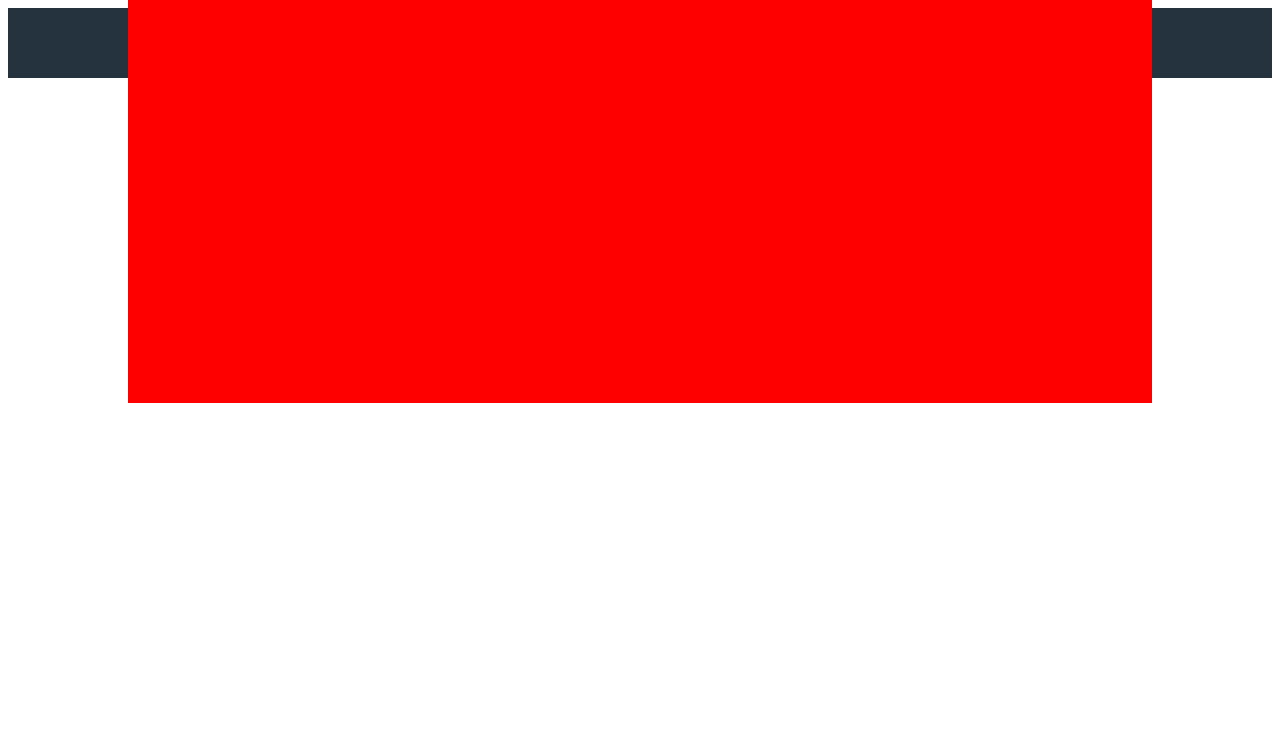
Repository: piotrokrutniak/Projekt-Studia
Page: index.html
These files come from the project's save history. The page is drawn as it stood at one moment and after the next save; the edit follows.
The browser window is 1280 px wide. The pictures show the whole page.

Above is the page before, as saved 2023-03-04 03:38:45.

After the next save:
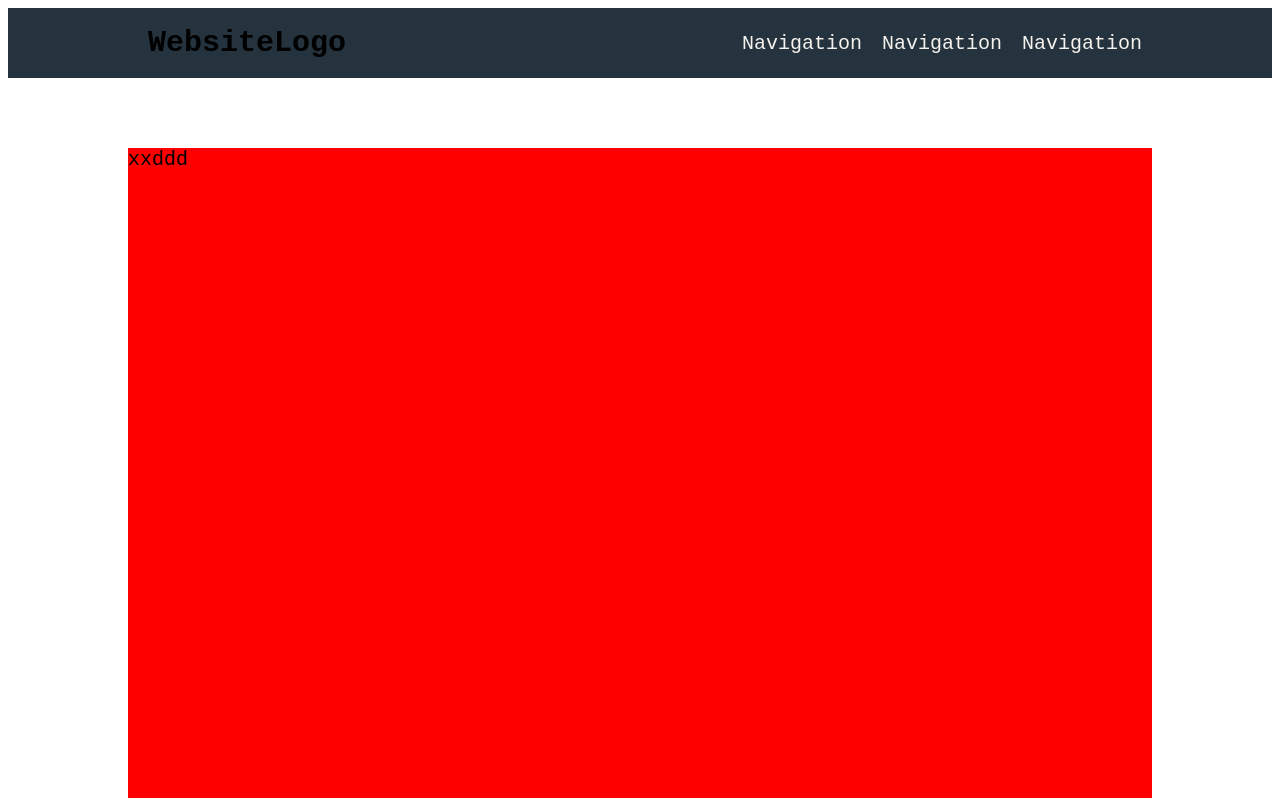
Saved 35 s later.
--- a/styles.css
+++ b/styles.css
@@ -83,12 +83,6 @@ a{
     min-height: calc(100vh - 70px);
     top: 70px;
     margin: auto;
-    display: flex;
-    flex-direction:row;
-    justify-content: space-between;
-    top: 50%;
-    -ms-transform: translateY(-50%);
-    transform: translateY(-50%);
     font-size: 20px;
     background: red;
 }
